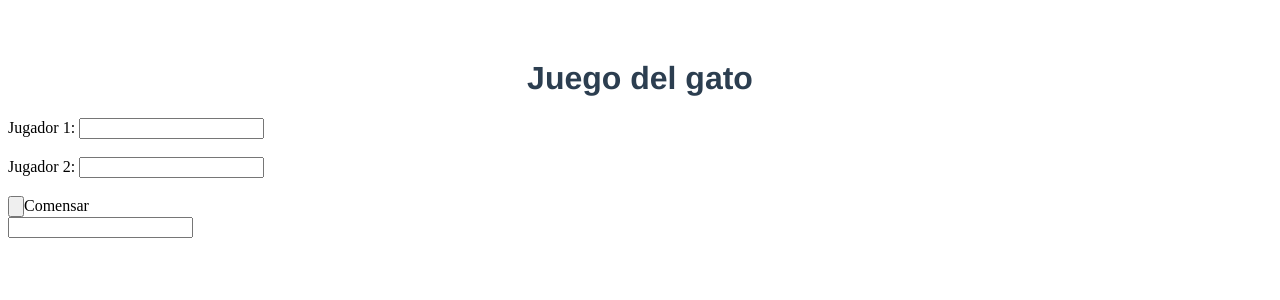
Repository: franciscamanquecheo/Taller-2
Page: / (app in vite-project/)
These files come from the project's save history. The page is drawn as it stood at one moment and after the next save; the edit follows.
The browser window is 1280 px wide. The pictures show the whole page.
The project was rebuilt for these pictures with package versions that can differ from the ones it lists, and the page was loaded fresh each time. Also part of the build but not shown: vite-project/vite.config.ts.

Above is the page before, as saved 2022-06-17 17:11:58.

### vite-project/src/App.vue
<script setup lang="ts">
// This starter template is using Vue 3 <script setup> SFCs
// Check out https://vuejs.org/api/sfc-script-setup.html#script-setup
import HelloWorld from './components/HelloWorld.vue'
</script>

<template>
 <h1>Juego del gato</h1>

 <article id="comandos">
  Jugador 1:
  <input type="text" id="jugador1"><br><br>
  Jugador 2:
  <input type="text" id="jugador 2"><br><br>
  <input type="button" id="comenzar">Comensar</input>
  <label id="TurnoJugador"></label>
 </article>
  <article id="Tablero">
    <input></input>





  </article>












</template>

<style>
h1 {
  font-family: Avenir, Helvetica, Arial, sans-serif;
  -webkit-font-smoothing: antialiased;
  -moz-osx-font-smoothing: grayscale;
  text-align: center;
  color: #2c3e50;
  margin-top: 60px;
}
</style>

Loaded but not shown: vite-project/index.html (common file); vite-project/src/main.ts (common file)

After the next save:
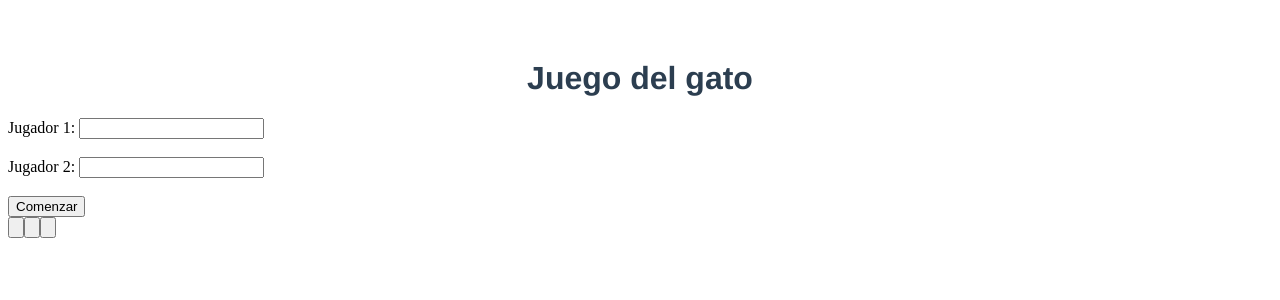
Saved 67 s later.
--- a/vite-project/src/App.vue
+++ b/vite-project/src/App.vue
@@ -12,13 +12,13 @@ import HelloWorld from './components/HelloWorld.vue'
   <input type="text" id="jugador1"><br><br>
   Jugador 2:
   <input type="text" id="jugador 2"><br><br>
-  <input type="button" id="comenzar">Comensar</input>
+  <input type="button" id="comenzar" value="Comenzar">
   <label id="TurnoJugador"></label>
  </article>
   <article id="Tablero">
-    <input></input>
-
-
+    <input type="button" id="casilla1">
+  <input type="button" id="casilla2">
+<input type="button" id="casilla3">
 
 
 
